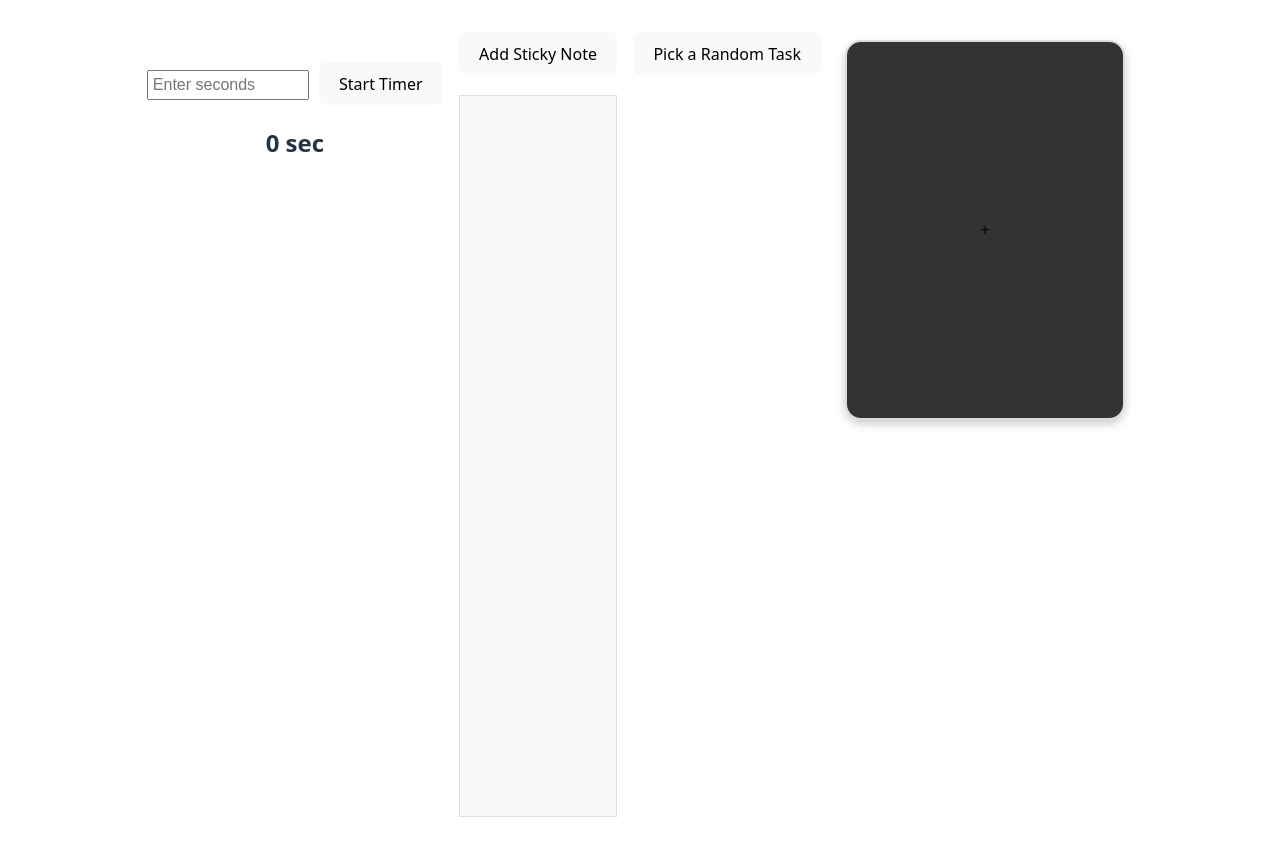
Repository: RamSivaSundaraKarthykeyan/Cards-Task
Page: /
An editor plug-in stored every save of this project. The page is shown before and after the next save, followed by the edit.
The browser window is 1280 px wide. The pictures show the whole page.
The project was rebuilt for these pictures with package versions that can differ from the ones it lists, and the page was loaded fresh each time. Also part of the build but not shown: vite.config.js, src/CSS/checkBox.css, src/components/CheckBox.jsx, src/CSS/TaskCard.css, src/components/TaskCard.jsx.

Above is the page before, as saved 2025-04-16 19:28:48.

### index.html
<!doctype html>
<html lang="en">
  <head>
    <meta charset="UTF-8" />
    <link rel="icon" type="image/svg+xml" href="/vite.svg" />
    <meta name="viewport" content="width=device-width, initial-scale=1.0" />
    <title>New To-Do</title>
  </head>
  <body>
    <div id="root"></div>
    <script type="module" src="/src/main.jsx"></script>
  </body>
</html>

### src/main.jsx
import React, { StrictMode } from "react";
import { createRoot } from "react-dom/client";
import "./CSS/index.css";
import App from "./App.jsx";

createRoot(document.getElementById("root")).render(
  <StrictMode>
    <App />
  </StrictMode>
);

### src/App.jsx
import React from "react";
import "./CSS/App.css";
import Deck from "./components/Deck.jsx";
import { TaskCardProvider } from "./context/TaskCardContext.jsx";

function App() {
  return (
    <>
      <TaskCardProvider>
        <Deck />
      </TaskCardProvider>
    </>
  );
}

export default App;

### src/components/Deck.jsx
import React, { useRef, useEffect } from "react";
import TaskCard from "./TaskCard.jsx";
import { useTaskCardContext } from "../context/TaskCardContext.jsx";
import "../CSS/Deck.css";
import Timer from "./Timer.jsx";
import StickyNotes from "./StickyNotes.jsx";

function Deck() {
  const {
    taskCards,
    addTaskCard,
    removeTaskCard,
    pickRandomTaskCard,
    selectedTaskId,
  } = useTaskCardContext();

  const inputRef = useRef({});

  const handleAddTaskCard = () => {
    const newId =
      taskCards.length === 0 ? 1 : taskCards[taskCards.length - 1].id + 1;
    addTaskCard({ id: newId });
    inputRef.current[newId] = React.createRef();
  };

  const handlePickRandomTaskCard = () => {
    const randomTaskCard = pickRandomTaskCard();
    if (randomTaskCard) {
      alert(`random Task Card:\nIDl: ${randomTaskCard.id}`);
    } else {
      alert(`No Task Cards Available!`);
    }
  };

  useEffect(() => {
    if (taskCards.length > 0) {
      const lastTaskCard = taskCards[taskCards.length - 1];
      inputRef.current[lastTaskCard.id]?.current?.focus();
    }
  }, [taskCards]);

  return (
    <div
      style={{ display: "flex", flexWrap: "wrap", gap: "16px" }}
      className="deck"
    >
      <Timer />
      <StickyNotes />
      <button onClick={handlePickRandomTaskCard}> Pick a Random Task </button>
      <button className="task-card-add-button" onClick={handleAddTaskCard}>
        +
      </button>
      {taskCards.map((tc) => (
        <TaskCard
          id={tc.id}
          key={tc.id}
          removeTask={() => removeTaskCard(tc.id)}
          inputRef={inputRef.current[tc.id]}
          isSelected={tc.id === selectedTaskId}
        />
      ))}
    </div>
  );
}

export default Deck;

### src/context/TaskCardContext.jsx
import React, { createContext, useContext, useState } from "react";

const TaskCardContext = createContext();

export function TaskCardProvider({ children }) {
  const [taskCards, setTaskCards] = useState([]);
  const [selectedTaskId, setSelectedTaskId] = useState(null);

  const addTaskCard = (taskCard) => setTaskCards((prev) => [...prev, taskCard]);
  const removeTaskCard = (id) =>
    setTaskCards((prev) => prev.filter((tc) => tc.id !== id));

  const pickRandomTaskCard = () => {
    if (taskCards.length === 0) return null;
    const randomIndex = Math.floor(Math.random() * taskCards.length);
    const randomCard = taskCards[randomIndex];
    setSelectedTaskId(randomCard.id);
    return randomCard;
  };

  return (
    // any component that consumes this context will have access to these value objects
    <TaskCardContext.Provider
      value={{
        taskCards,
        addTaskCard,
        removeTaskCard,
        pickRandomTaskCard,
        selectedTaskId,
      }}
    >
      {children}
    </TaskCardContext.Provider>
  );
}

export function useTaskCardContext() {
  return useContext(TaskCardContext);
}

### src/CSS/Deck.css
.task-card-add-button {
    width: 280px;
    height: 380px;
    margin: 8px;
    display: flex;
    justify-content: center;
    align-items: center;
    border: 2px solid #ddd;
    border-radius: 16px;
    background: #333;
    box-shadow: 0 4px 10px rgba(0, 0, 0, 0.2);
    cursor: pointer;
    box-sizing: border-box;
    /* Ensures uniform size */
}

.task-card-add-button:hover {
    transform: scale(1.05);
    box-shadow: 0 6px 12px rgba(0, 0, 0, 0.2);
}

.deck {
    display: flex;
    flex-wrap: wrap;
    gap: 16px;
    justify-content: center;
    align-items: flex-start;
}

### src/components/Timer.jsx
import React, { useState, useEffect, useRef } from "react";

function Timer() {
  // State to hold the remaining time (in seconds)
  const [time, setTime] = useState(0);
  // State to store the input value from the user
  const [inputValue, setInputValue] = useState("");
  // State to indicate if the timer is running
  const [isRunning, setIsRunning] = useState(false);

  // Ref to store the timer id from setTimeout so it can be cleared if needed
  const timerRef = useRef(null);
  // Ref to store the audio element so we can trigger playback
  const audioRef = useRef(null);

  // useEffect to handle the countdown
  useEffect(() => {
    // If the timer is running and time is not zero, schedule a timeout to decrease time by one second.
    if (isRunning && time > 0) {
      timerRef.current = setTimeout(() => {
        setTime(time - 1);
      }, 1000);
    }
    // When the time reaches zero while the timer is running, play the sound and stop the timer.
    else if (isRunning && time === 0) {
      // Play the sound if the audio element is ready
      if (audioRef.current) {
        audioRef.current.play();
      }
      setIsRunning(false);
    }
    // Cleanup function to clear the timeout if the component re-renders or unmounts.
    return () => clearTimeout(timerRef.current);
  }, [isRunning, time]);

  // Function to start the timer based on the user input
  const startTimer = () => {
    // Convert the input value to an integer (assuming the input is in seconds)
    const seconds = parseInt(inputValue, 10);
    if (!isNaN(seconds) && seconds > 0) {
      setTime(seconds);
      setIsRunning(true);
    }
  };

  return (
    <div style={{ textAlign: "center", marginTop: "30px" }}>
      <input
        type="number"
        value={inputValue}
        onChange={(e) => setInputValue(e.target.value)}
        placeholder="Enter seconds"
        style={{ fontSize: "16px", padding: "4px", width: "150px" }}
      />
      <button
        onClick={startTimer}
        style={{ marginLeft: "10px", fontSize: "16px" }}
      >
        Start Timer
      </button>
      <h2 style={{ marginTop: "20px" }}>{time} sec</h2>
      {/* Audio element plays sound when time is up. Ensure sound.mp3 is available in your public folder or change the src to a valid URL */}
      <audio ref={audioRef}>
        <source src="/alarm.mp3" type="audio/mpeg" />
        Your browser does not support the audio element.
      </audio>
    </div>
  );
}

export default Timer;

### src/components/StickyNotes.jsx
import React, { useState, useEffect } from "react";

function StickyNotes() {
  const [notes, setNotes] = useState([]);
  const [draggingId, setDraggingId] = useState(null);
  const [offset, setOffset] = useState({ x: 0, y: 0 });

  const addNote = () => {
    const newNote = {
      id: Date.now(),
      content: "",
      x: 50,
      y: 50,
    };
    setNotes([...notes, newNote]);
  };

  const handleMouseDown = (e, id) => {
    const note = notes.find((n) => n.id === id);
    if (note) {
      setDraggingId(id);
      setOffset({
        x: e.clientX - note.x,
        y: e.clientY - note.y,
      });
    }
  };

  useEffect(() => {
    const handleMouseMove = (e) => {
      if (draggingId !== null) {
        setNotes((prevNotes) =>
          prevNotes.map((note) =>
            note.id === draggingId
              ? { ...note, x: e.clientX - offset.x, y: e.clientY - offset.y }
              : note
          )
        );
      }
    };

    const handleMouseUp = () => {
      setDraggingId(null);
    };

    if (draggingId !== null) {
      document.addEventListener("mousemove", handleMouseMove);
      document.addEventListener("mouseup", handleMouseUp);
    }

    return () => {
      document.removeEventListener("mousemove", handleMouseMove);
      document.removeEventListener("mouseup", handleMouseDown);
    };
  }, [draggingId, offset]);

  const updateContent = (id, content) => {
    setNotes((prevNotes) =>
      prevNotes.map((note) => (note.id === id ? { ...note, content } : note))
    );
  };

  return (
    <div>
      <button onClick={addNote} style={{ marginBottom: "20px" }}>
        Add Sticky Note
      </button>
      <div
        style={{
          position: "relative",
          height: "100vh",
          border: "1px solid #ddd",
          background: "#f7f7f7",
        }}
      >
        {notes.map((note) => (
          <div
            key={note.id}
            onMouseDown={(e) => handleMouseDown(e, note.id)}
            style={{
              position: "absolute",
              top: note.y,
              left: note.x,
              width: "200px",
              minHeight: "150px",
              background: "yellow",
              padding: "10px",
              cursor: "move",
              boxShadow: "0 4px 8px rgba(0,0,0,0.2)",
              userSelect: "none",
            }}
          >
            <textarea
              value={note.content}
              onChange={(e) => updateContent(note.id, e.target.value)}
              placeholder="Enter your note"
              style={{
                width: "100%",
                height: "100%",
                background: "transparent",
                border: "none",
                resize: "none",
                outline: "none",
                color: "black",
              }}
            />
          </div>
        ))}
      </div>
    </div>
  );
}

export default StickyNotes;

Loaded but not shown: src/index.css (common file); src/CSS/App.css (common file)

After the next save:
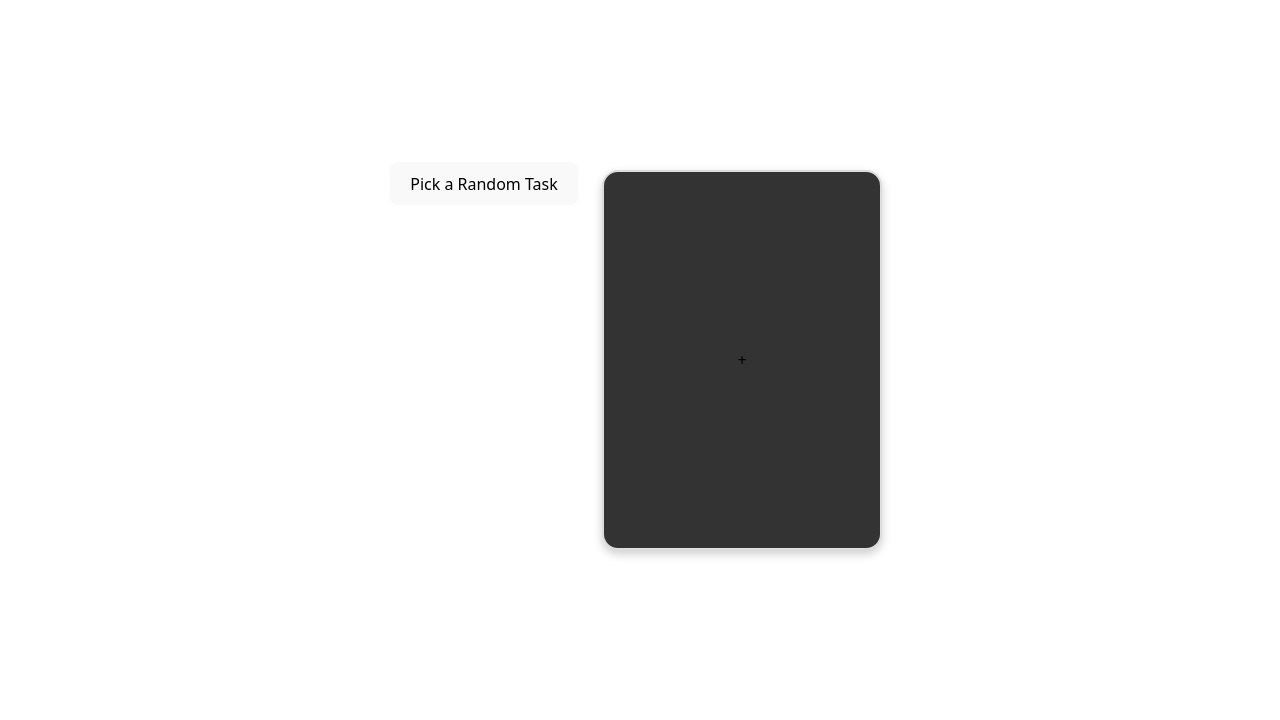
Saved 6 min 2 s later.
--- a/src/components/Deck.jsx
+++ b/src/components/Deck.jsx
@@ -2,8 +2,6 @@ import React, { useRef, useEffect } from "react";
 import TaskCard from "./TaskCard.jsx";
 import { useTaskCardContext } from "../context/TaskCardContext.jsx";
 import "../CSS/Deck.css";
-import Timer from "./Timer.jsx";
-import StickyNotes from "./StickyNotes.jsx";
 
 function Deck() {
   const {
@@ -44,8 +42,6 @@ function Deck() {
       style={{ display: "flex", flexWrap: "wrap", gap: "16px" }}
       className="deck"
     >
-      <Timer />
-      <StickyNotes />
       <button onClick={handlePickRandomTaskCard}> Pick a Random Task </button>
       <button className="task-card-add-button" onClick={handleAddTaskCard}>
         +
